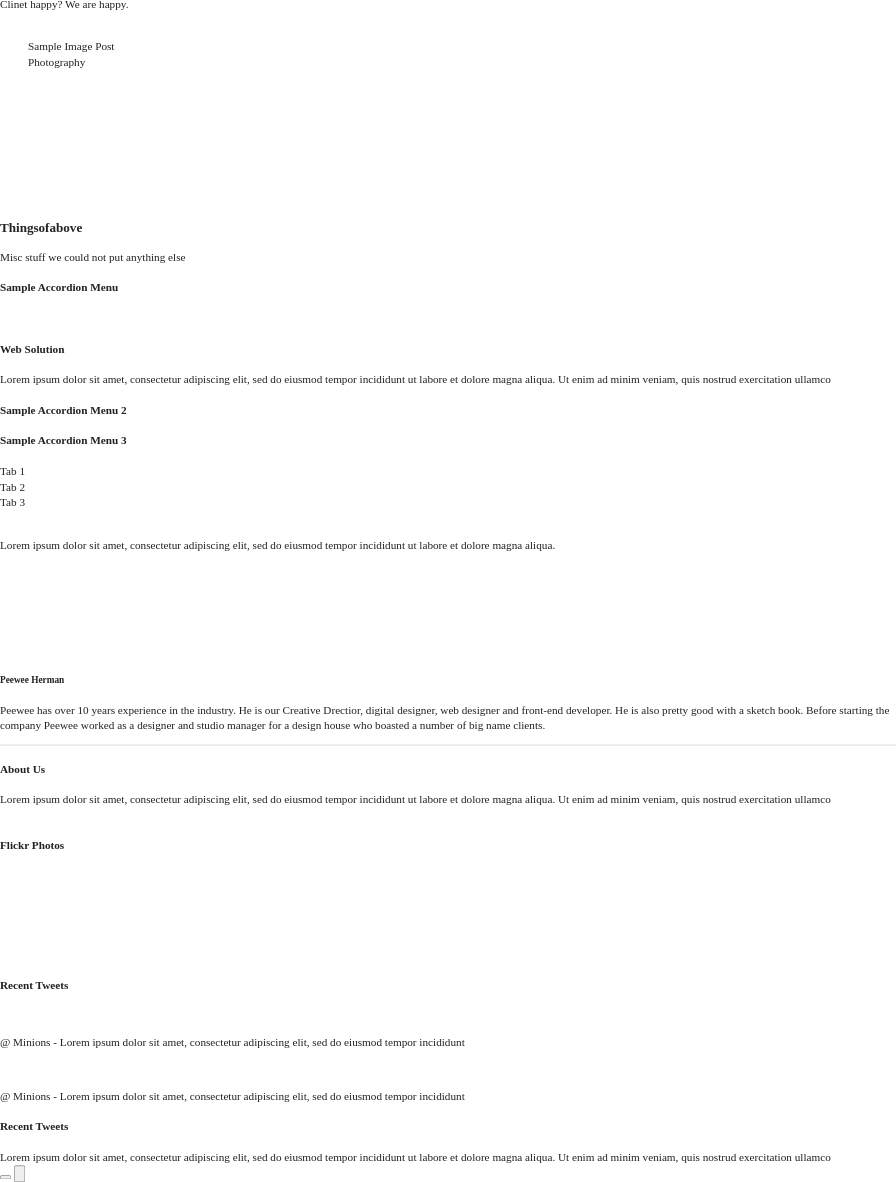
Repository: claudiashin/metrolics
Page: index.html
An editor plug-in stored every save of this project. The page is shown before and after the next save, followed by the edit.
The browser window is 1280 px wide. The pictures show the part of the page from y = 1847 to 3767 px (the page is 3536 px tall before and 3767 px after), at 70% of full size.

Above is the page before, as saved 2021-01-27 17:23:52.

### index.html
<!doctype html>
<html class="no-js" lang="EN">

<head>
  <meta charset="utf-8">
  <title>MDIA 2003 Lab 3</title>
  <meta name="description" content="">
  <meta name="viewport" content="width=device-width, initial-scale=1">

  <link rel="manifest" href="site.webmanifest">
  <link rel="apple-touch-icon" href="icon.png">
  <!-- Place favicon.ico in the root directory -->

  <link rel="stylesheet" href="css/normalize.css">
  <link rel="stylesheet" href="css/main.css">
</head>

<body>
  <header class="page_header">
    <div class="logo">
      <div><h1>Metrolics</h1></div>
      <div class="logoimg"><img src=""></div>
    </div>
  </header>

  <nav class="page_nav">
    <div class="nav_container">
      <div class="nav_icon">
        <div><img src=""></div>
        <a href="">Home</a>
      </div>
      <div class="nav_icon">
        <div><img src=""></div>
        <a href="">Pages</a>
      </div><div class="nav_icon">
        <div><img src=""></div>
        <a href="">Blog</a>
      </div><div class="nav_icon">
        <div><img src=""></div>
        <a href="">Portfolio</a>
      </div><div class="nav_icon">
        <div><img src=""></div>
        <a href="">Home</a>
      </div>
    </div>
  </nav>

  <section class="main_container">
    <div class="hero_img">
      <img src="">
    </div>
    <div class="">
      <h2>Metro Style</h2>
      <h2>Retina Ready</h2>
      <h2>Responsive Design</h2>
    </div>
  </section>

  <section class="main_container">
    <div>
      <h1>Hey Guys! This is the <span class="textcol">Metrolics</span> theme.<br>It sports a responsive layout with a mobile layout.</h1>
    </div>
  </section>

  <section class="main_container">
    <div class="container">
      <h3>Things That We Do</h3>
      <p>Ask us what we can do for you</p>
    </div>
    <div class="container">
      <div class="container_feature">
        <div class="feature_img">
          <img src="">
        </div>
        <div><h4>Web Solutions</h4></div>
        <div><p>We are a fairly small, flexible design studio that designs for print
          and web. We work flexibley with clinets to fulfil their design needs. Whether
          you need to create a brand from scratch, including marketing materials.
        </p></div>
      </div>
    </div>
    <div class="container">
      <div class="container_feature">
        <div class="feature_img">
          <img src="">
        </div>
        <div><h4>Photography</h4></div>
        <div><p>We are a fairly small, flexible design studio that designs for print
          and web. We work flexibley with clinets to fulfil their design needs. Whether
          you need to create a brand from scratch, including marketing materials.
        </p></div>
      </div>
    </div><div class="container">
      <div class="container_feature">
        <div class="feature_img">
          <img src="">
        </div>
        <div><h4>Web Development</h4></div>
        <div><p>We are a fairly small, flexible design studio that designs for print
          and web. We work flexibley with clinets to fulfil their design needs. Whether
          you need to create a brand from scratch, including marketing materials.
        </p></div>
      </div>
    </div><div class="container">
      <div class="container_feature">
        <div class="feature_img">
          <img src="">
        </div>
        <div><h4>Web Design</h4></div>
        <div><p>We are a fairly small, flexible design studio that designs for print
          and web. We work flexibley with clinets to fulfil their design needs. Whether
          you need to create a brand from scratch, including marketing materials.
        </p></div>
      </div>
    </div>
  </section>

  <section class="main_container">
    <div class="container">
      <h3>What's Up Lately?</h3>
      <p>Read up on our latest work</p>
    </div>
    <div class="container">
      <figure>
        <figcaption>29 <br> Nov. 2013</figcaption>
        <img src="" value="">
        <figcaption>Sample Image Post <br> Photography</figcaption>
      </figure>
    </div>
    <div class="container">
      <figure>
        <figcaption>29 <br> Nov. 2013</figcaption>
        <img src="" value="">
        <figcaption>Sample Image Post <br> Photography</figcaption>
      </figure>
    </div>
    <div class="container">
      <figure>
        <figcaption>29 <br> Nov. 2013</figcaption>
        <img src="" value="">
        <figcaption>Sample Image Post <br> Photography</figcaption>
      </figure>
    </div>
  </section>

  <section class="main_container">
    <div class="container">
      <h3>Our Latest Projects </h3>
      <p>Clinet happy? We are happy.</p>
    </div>
    <div class="container">
      <figure>
        <img src="" value="">
        <figcaption>Sample Image Post <br> Photography</figcaption>
      </figure>
    </div>
    <div class="container">
      <figure>
        <img src="" value="">
      </figure>
    </div>
    <div class="container">
      <figure>
        <img src="" value="">
      </figure>
    </div>
    <div class="container">
      <figure>
        <img src="" value="">
      </figure>
    </div>
    <div class="container">
      <figure>
        <img src="" value="">
      </figure>
    </div>
    <div class="container">
      <figure>
        <img src="" value="">
      </figure>
    </div>
  </section>

  <section class="main_container">
    <div class="container">
      <h3>Thingsofabove </h3>
      <p>Misc stuff we could not put anything else</p>
    </div>

    <div class="container">
      <div class="items">
        <h4>Sample Accordion Menu</h4>
      </div>
      <div class="items">
        <div class="items_contents">
          <img src="">
        </div>
        <div class="itmes_contents">
          <h4>Web Solution</h4>
          <p>Lorem ipsum dolor sit amet, consectetur adipiscing elit, sed do eiusmod tempor incididunt
            ut labore et dolore magna aliqua. Ut enim ad minim veniam, quis nostrud exercitation ullamco</p>
        </div>
      </div>
      <div class="items">
        <h4>Sample Accordion Menu 2</h4>
      </div>
      <div class="items">
        <h4>Sample Accordion Menu 3</h4>
      </div>
    </div>

    <div class="container">
      <div class="tab">
        <div>Tab 1</div>
        <div>Tab 2</div>
        <div>Tab 3</div>
      </div>
      <div class="tab_contents">
        <div class="tab_contents_items">
          <div><img src=""></div>
          <p>Lorem ipsum dolor sit amet, consectetur adipiscing elit, sed do eiusmod tempor incididunt
            ut labore et dolore magna aliqua.</p>
        </div>
      </div>
    </div>

  </section>

  <section class="main_container">
    <div class="logo_img">
      <img src="">
    </div>
    <div class="logo_img">
      <img src="">
    </div>
    <div class="logo_img">
      <img src="">
    </div>
    <div class="logo_img">
      <img src="">
    </div>
    <div class="logo_img">
      <img src="">
    </div>
  </section>

  <footer>
    <section class="footer_container">
      <div class="avartar">
        <div class="avrtar_img"><img src=""></div>
        <div>
          <h5>Peewee Herman</h5>
          <p>Peewee has over 10 years experience in the industry. He is our Creative Drectior,
            digital designer, web designer and front-end developer. He is also pretty good with a
            sketch book. Before starting the company Peewee worked as a designer and studio manager
            for a design house who boasted a number of big name clients.
          </p>
        </div>
      </div>
    </section>

    <div><hr></div>

    <section class="footer_contaier">
      <div class="info">
        <div class="info_title"><h4>About Us</h4></div>
        <div class="info_contents">Lorem ipsum dolor sit amet, consectetur adipiscing elit, sed do eiusmod tempor incididunt
          ut labore et dolore magna aliqua. Ut enim ad minim veniam, quis nostrud exercitation ullamco</div>
        <div class="info_sns">
          <nav>
            <a href=""><img src=""></a>
            <a href=""><img src=""></a>
            <a href=""><img src=""></a>
            <a href=""><img src=""></a>
            <a href=""><img src=""></a>
          </nav>
        </div>
      </div>
      <div class="info">
        <div class="info_title"><h4>Flickr Photos</h4></div>
        <div class="info_photo">
          <div><img src=""></div>
          <div><img src=""></div>
          <div><img src=""></div>
          <div><img src=""></div>
          <div><img src=""></div>
          <div><img src=""></div>
        </div>
      </div>
      <div class="info">
        <div class="info_title"><h4>Recent Tweets</h4></div>
        <div class="info_tweets">
          <div class="tweet">
            <div><img src=""></div>
            <div><p>@ Minions - Lorem ipsum dolor sit amet, consectetur adipiscing elit, sed do eiusmod tempor incididunt</p></div>
          </div>
          <div class="tweet">
            <div><img src=""></div>
            <div><p>@ Minions - Lorem ipsum dolor sit amet, consectetur adipiscing elit, sed do eiusmod tempor incididunt</p></div>
          </div>
        </div>
      </div>
      <div class="info">
        <div class="info_title"><h4>Recent Tweets</h4></div>
        <div class="info_contents">Lorem ipsum dolor sit amet, consectetur adipiscing elit, sed do eiusmod tempor incididunt
          ut labore et dolore magna aliqua. Ut enim ad minim veniam, quis nostrud exercitation ullamco</div>
        <div>
          <button type="text" value="Enter your Email..."></button>
          <button type="button"><img src=""></button>
        </div>
      </div>

    </section>
  </footer>
</body>

</html>

### css/main.css
/*! HTML5 Boilerplate v8.0.0 | MIT License | https://html5boilerplate.com/ */

/* main.css 2.1.0 | MIT License | https://github.com/h5bp/main.css#readme */
/*
 * What follows is the result of much research on cross-browser styling.
 * Credit left inline and big thanks to Nicolas Gallagher, Jonathan Neal,
 * Kroc Camen, and the H5BP dev community and team.
 */

/* ==========================================================================
   Base styles: opinionated defaults
   ========================================================================== */

html {
  color: #222;
  font-size: 1em;
  line-height: 1.4;
}

/*
 * Remove text-shadow in selection highlight:
 * https://twitter.com/miketaylr/status/12228805301
 *
 * Vendor-prefixed and regular ::selection selectors cannot be combined:
 * https://stackoverflow.com/a/16982510/7133471
 *
 * Customize the background color to match your design.
 */

::-moz-selection {
  background: #b3d4fc;
  text-shadow: none;
}

::selection {
  background: #b3d4fc;
  text-shadow: none;
}

/*
 * A better looking default horizontal rule
 */

hr {
  display: block;
  height: 1px;
  border: 0;
  border-top: 1px solid #ccc;
  margin: 1em 0;
  padding: 0;
}

/*
 * Remove the gap between audio, canvas, iframes,
 * images, videos and the bottom of their containers:
 * https://github.com/h5bp/html5-boilerplate/issues/440
 */

audio,
canvas,
iframe,
img,
svg,
video {
  vertical-align: middle;
}

/*
 * Remove default fieldset styles.
 */

fieldset {
  border: 0;
  margin: 0;
  padding: 0;
}

/*
 * Allow only vertical resizing of textareas.
 */

textarea {
  resize: vertical;
}

/* ==========================================================================
   Author's custom styles
   ========================================================================== */

/* ==========================================================================
   Helper classes
   ========================================================================== */

/*
 * Hide visually and from screen readers
 */

.hidden,
[hidden] {
  display: none !important;
}

/*
 * Hide only visually, but have it available for screen readers:
 * https://snook.ca/archives/html_and_css/hiding-content-for-accessibility
 *
 * 1. For long content, line feeds are not interpreted as spaces and small width
 *    causes content to wrap 1 word per line:
 *    https://medium.com/@jessebeach/beware-smushed-off-screen-accessible-text-5952a4c2cbfe
 */

.sr-only {
  border: 0;
  clip: rect(0, 0, 0, 0);
  height: 1px;
  margin: -1px;
  overflow: hidden;
  padding: 0;
  position: absolute;
  white-space: nowrap;
  width: 1px;
  /* 1 */
}

/*
 * Extends the .sr-only class to allow the element
 * to be focusable when navigated to via the keyboard:
 * https://www.drupal.org/node/897638
 */

.sr-only.focusable:active,
.sr-only.focusable:focus {
  clip: auto;
  height: auto;
  margin: 0;
  overflow: visible;
  position: static;
  white-space: inherit;
  width: auto;
}

/*
 * Hide visually and from screen readers, but maintain layout
 */

.invisible {
  visibility: hidden;
}

/*
 * Clearfix: contain floats
 *
 * For modern browsers
 * 1. The space content is one way to avoid an Opera bug when the
 *    `contenteditable` attribute is included anywhere else in the document.
 *    Otherwise it causes space to appear at the top and bottom of elements
 *    that receive the `clearfix` class.
 * 2. The use of `table` rather than `block` is only necessary if using
 *    `:before` to contain the top-margins of child elements.
 */

.clearfix::before,
.clearfix::after {
  content: " ";
  display: table;
}

.clearfix::after {
  clear: both;
}

/* ==========================================================================
   EXAMPLE Media Queries for Responsive Design.
   These examples override the primary ('mobile first') styles.
   Modify as content requires.
   ========================================================================== */

@media only screen and (min-width: 35em) {
  /* Style adjustments for viewports that meet the condition */
}

@media print,
  (-webkit-min-device-pixel-ratio: 1.25),
  (min-resolution: 1.25dppx),
  (min-resolution: 120dpi) {
  /* Style adjustments for high resolution devices */
}

/* ==========================================================================
   Print styles.
   Inlined to avoid the additional HTTP request:
   https://www.phpied.com/delay-loading-your-print-css/
   ========================================================================== */

@media print {
  *,
  *::before,
  *::after {
    background: #fff !important;
    color: #000 !important;
    /* Black prints faster */
    box-shadow: none !important;
    text-shadow: none !important;
  }

  a,
  a:visited {
    text-decoration: underline;
  }

  a[href]::after {
    content: " (" attr(href) ")";
  }

  abbr[title]::after {
    content: " (" attr(title) ")";
  }

  /*
   * Don't show links that are fragment identifiers,
   * or use the `javascript:` pseudo protocol
   */
  a[href^="#"]::after,
  a[href^="javascript:"]::after {
    content: "";
  }

  pre {
    white-space: pre-wrap !important;
  }

  pre,
  blockquote {
    border: 1px solid #999;
    page-break-inside: avoid;
  }

  /*
   * Printing Tables:
   * https://web.archive.org/web/20180815150934/http://css-discuss.incutio.com/wiki/Printing_Tables
   */
  thead {
    display: table-header-group;
  }

  tr,
  img {
    page-break-inside: avoid;
  }

  p,
  h2,
  h3 {
    orphans: 3;
    widows: 3;
  }

  h2,
  h3 {
    page-break-after: avoid;
  }
}

Loaded but not shown: css/normalize.css (library)

After the next save:
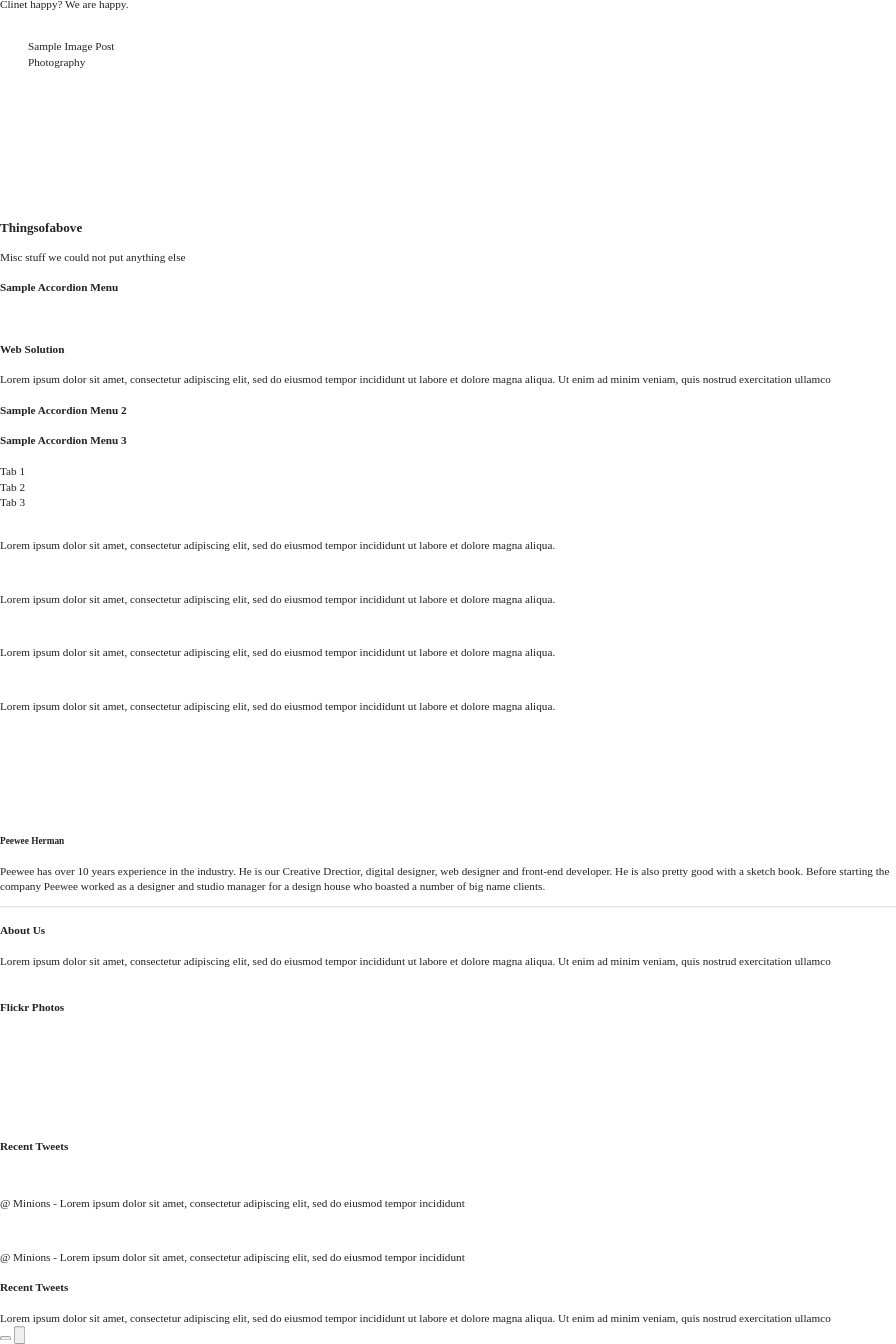
Saved 14 s later.
--- a/index.html
+++ b/index.html
@@ -216,6 +216,21 @@
         <div>Tab 3</div>
       </div>
       <div class="tab_contents">
+        <div class="tab_contents_items">
+          <div><img src=""></div>
+          <p>Lorem ipsum dolor sit amet, consectetur adipiscing elit, sed do eiusmod tempor incididunt
+            ut labore et dolore magna aliqua.</p>
+        </div>
+        <div class="tab_contents_items">
+          <div><img src=""></div>
+          <p>Lorem ipsum dolor sit amet, consectetur adipiscing elit, sed do eiusmod tempor incididunt
+            ut labore et dolore magna aliqua.</p>
+        </div>
+        <div class="tab_contents_items">
+          <div><img src=""></div>
+          <p>Lorem ipsum dolor sit amet, consectetur adipiscing elit, sed do eiusmod tempor incididunt
+            ut labore et dolore magna aliqua.</p>
+        </div>
         <div class="tab_contents_items">
           <div><img src=""></div>
           <p>Lorem ipsum dolor sit amet, consectetur adipiscing elit, sed do eiusmod tempor incididunt
